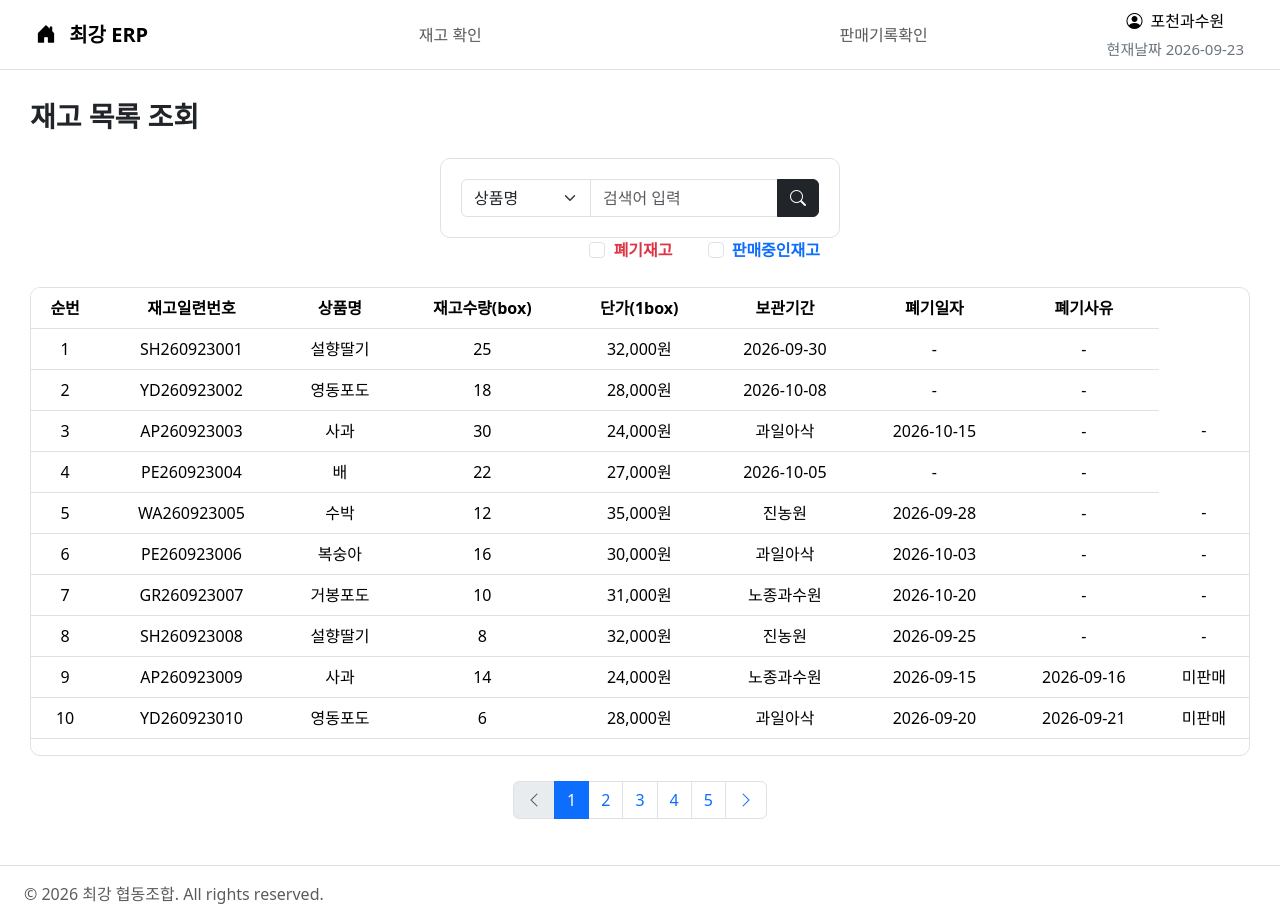
Repository: nojong99/kosta
Page: http://localhost/32_MVCModel2/view/memberInventoryList.jsp
The author's editor kept a copy of each file at every save. The page is drawn from the files as they stood at one save, then again after the next save.
The browser window is 1280 px wide. The pictures show the whole page.
The page is served by Tomcat 9. Other server files are loaded and not shown.

Above is the page before, as saved 2026-09-23 07:31:48.

### 32_MVCModel2/src/main/webapp/view/memberInventoryList.jsp
<%@ page language="java" contentType="text/html; charset=UTF-8"
    pageEncoding="UTF-8"%>
<!DOCTYPE html>
<html>
<head>
<meta charset="UTF-8">
<title>재고 목록 조회</title>

<link
	href="https://cdn.jsdelivr.net/npm/bootstrap@5.3.8/dist/css/bootstrap.min.css"
	rel="stylesheet">

<link rel="stylesheet"
	href="https://cdn.jsdelivr.net/npm/bootstrap-icons@1.13.1/font/bootstrap-icons.min.css">


<link rel="stylesheet" href="css/inventoryList.css">
</head>

<body>

	<%@ include file="memberHeader.jsp"%>


	<main class="inventory-page">

		<!-- 제목 -->
		<div class="mb-4">
			<h3 class="fw-bold mb-1">재고 목록 조회</h3>
		</div>


		<!-- 검색 영역 -->
		<div class="d-flex justify-content-center align-items-center">

			<div class="search-area">

				<div class="search-box">

					<div class="input-group">

						<!-- 검색 조건 -->
						<select class="form-select" style="max-width: 130px;">
							<option value="product">상품명</option>
						</select>

						<!-- 검색어 -->
						<input type="text" class="form-control" placeholder="검색어 입력">

						<!-- 검색 버튼 -->
						<button class="btn btn-dark">
							<i class="bi bi-search"></i>
						</button>

					</div>

				</div>


				<!-- 재고 상태 -->
				<div class="stock-status fw-bold">

					<label class="text-danger"> <input type="checkbox"
						class="form-check-input me-1" id="disposed"> 폐기재고
					</label> <label class="text-primary"> <input type="checkbox"
						class="form-check-input me-1" id="selling"> 판매중인재고
					</label>

				</div>

			</div>

		</div>


		<!-- 재고 목록 나중에 db에서 불러오는 값 넣을겁니다~ -->
		<div class="inventory-table-area">

			<table class="table table-hover inventory-table">

				<thead>

					<tr>
						<th>순번</th>
						<th>재고일련번호</th>
						<th>상품명</th>
						<th>재고수량(box)</th>
						<th>단가(1box)</th>
						<th>보관기간</th>
						<th>폐기일자</th>
						<th>폐기사유</th>
					</tr>

				</thead>

				<tbody>

					<tr>
						<td>1</td>
						<td>SH260923001</td>
						<td>설향딸기</td>
						<td>25</td>
						<td>32,000원</td>
						<td>2026-09-30</td>
						<td>-</td>
						<td>-</td>
					</tr>

					<tr>
						<td>2</td>
						<td>YD260923002</td>
						<td>영동포도</td>
						<td>18</td>
						<td>28,000원</td>
						<td>2026-10-08</td>
						<td>-</td>
						<td>-</td>
					</tr>

					<tr>
						<td>3</td>
						<td>AP260923003</td>
						<td>사과</td>
						<td>30</td>
						<td>24,000원</td>
						<td>과일아삭</td>
						<td>2026-10-15</td>
						<td>-</td>
						<td>-</td>
					</tr>

					<tr>
						<td>4</td>
						<td>PE260923004</td>
						<td>배</td>
						<td>22</td>
						<td>27,000원</td>
						<td>2026-10-05</td>
						<td>-</td>
						<td>-</td>
					</tr>

					<tr>
						<td>5</td>
						<td>WA260923005</td>
						<td>수박</td>
						<td>12</td>
						<td>35,000원</td>
						<td>진농원</td>
						<td>2026-09-28</td>
						<td>-</td>
						<td>-</td>
					</tr>

					<tr>
						<td>6</td>
						<td>PE260923006</td>
						<td>복숭아</td>
						<td>16</td>
						<td>30,000원</td>
						<td>과일아삭</td>
						<td>2026-10-03</td>
						<td>-</td>
						<td>-</td>
					</tr>

					<tr>
						<td>7</td>
						<td>GR260923007</td>
						<td>거봉포도</td>
						<td>10</td>
						<td>31,000원</td>
						<td>노종과수원</td>
						<td>2026-10-20</td>
						<td>-</td>
						<td>-</td>
					</tr>

					<tr>
						<td>8</td>
						<td>SH260923008</td>
						<td>설향딸기</td>
						<td>8</td>
						<td>32,000원</td>
						<td>진농원</td>
						<td>2026-09-25</td>
						<td>-</td>
						<td>-</td>
					</tr>

					<tr>
						<td>9</td>
						<td>AP260923009</td>
						<td>사과</td>
						<td>14</td>
						<td>24,000원</td>
						<td>노종과수원</td>
						<td>2026-09-15</td>
						<td>2026-09-16</td>
						<td>미판매</td>
					</tr>

					<tr>
						<td>10</td>
						<td>YD260923010</td>
						<td>영동포도</td>
						<td>6</td>
						<td>28,000원</td>
						<td>과일아삭</td>
						<td>2026-09-20</td>
						<td>2026-09-21</td>
						<td>미판매</td>
					</tr>

				</tbody>

			</table>

		</div>


		<!-- 페이지네이션 -->
		<div class="pagination-area">

			<nav>
				<ul class="pagination">

					<li class="page-item disabled"><a class="page-link" href="#">
							<i class="bi bi-chevron-left"></i>
					</a></li>

					<li class="page-item active"><a class="page-link" href="#">1</a>
					</li>

					<li class="page-item"><a class="page-link" href="#">2</a></li>

					<li class="page-item"><a class="page-link" href="#">3</a></li>

					<li class="page-item"><a class="page-link" href="#">4</a></li>

					<li class="page-item"><a class="page-link" href="#">5</a></li>

					<li class="page-item"><a class="page-link" href="#"> <i
							class="bi bi-chevron-right"></i>
					</a></li>

				</ul>
			</nav>

		</div>

	</main>
	<%@ include file="footer.jsp" %>
</body>
</html>

### 32_MVCModel2/src/main/webapp/view/memberHeader.jsp
<%@ page language="java" contentType="text/html; charset=UTF-8" pageEncoding="UTF-8"%>
<!DOCTYPE html>
<html>
<head>
<meta charset="UTF-8">
<meta name="viewport" content="width=device-width, initial-scale=1">

<title>최강 ERP</title>

<link
	href="https://cdn.jsdelivr.net/npm/bootstrap@5.3.8/dist/css/bootstrap.min.css"
	rel="stylesheet">
<link rel="stylesheet"
	href="https://cdn.jsdelivr.net/npm/bootstrap-icons@1.13.1/font/bootstrap-icons.min.css">
<link rel="stylesheet" href="css/header.css">

</head>
<body>
	<header>
		<nav class="navbar navbar-expand-lg bg-white border-bottom px-4">

			<div class="container-fluid">
				<a class="navbar-brand fw-bold me-4" href="index.jsp"> <i
					class="bi bi-house-door-fill me-2"></i> 최강 ERP
				</a>
				<ul class="navbar-nav flex-grow-1 mb-2 mb-lg-0">

					<li class="nav-item dropdown flex-fill text-center"><a
						class="nav-link dropdown-toggle" href="#" role="button"
						data-bs-toggle="dropdown"> 재고 확인</a>

						<ul class="dropdown-menu">

							<li><a class="dropdown-item" href="#"> </a></li>

						</ul></li>

					<li class="nav-item dropdown flex-fill text-center"><a
						class="nav-link dropdown-toggle" href="#" role="button"
						data-bs-toggle="dropdown"> 판매기록확인 </a>
						<ul class="dropdown-menu">

							<li><a class="dropdown-item" href="#"> </a></li>

						</ul></li>



				</ul>
				<div class="header-right d-flex flex-column align-items-center gap-1">
					<div class="dropdown">
						<button class="dropdown-toggle border-0 bg-transparent"
							data-bs-toggle="dropdown">
							<i class="bi bi-person-circle me-1"></i> 포천과수원
						</button>

						<ul class="dropdown-menu dropdown-menu-end">
							<li><a class="dropdown-item" href="#">프로필</a></li>
							<li><a class="dropdown-item" href="#">설정</a></li>
							<li><hr class="dropdown-divider"></li>
							<li><a class="dropdown-item" href="#">로그아웃</a></li>
						</ul>
					</div>

					<div class="current-date">
						현재날짜 <span id="currentDate">2026-09-23</span>
					</div>
				</div>
			</div>

		</nav>
	</header>
</body>
</html>

### 32_MVCModel2/src/main/webapp/view/footer.jsp
<%@ page language="java" contentType="text/html; charset=UTF-8"
	pageEncoding="UTF-8"%>
<footer class="py-3 bg-white border-top">

	<div class="container-fluid px-4">

		<div class="d-flex justify-content-between">

			<span class="text-muted">© 2026 최강 협동조합. All rights reserved.</span>
		</div>

	</div>

</footer>

### 32_MVCModel2/src/main/webapp/css/inventoryList.css
@charset "UTF-8";

body {
	background-color: #f5f6f8;
}

.inventory-page {
	padding: 30px;
}

.search-area {
	width: 30%;
	min-width: 400px;
}

.search-box {
	background-color: white;
	border: 1px solid #dee2e6;
	border-radius: 10px;
	padding: 20px;
}

.current-date {
	font-size: 15px;
	color: #6c757d;
	font-weight: 500;
}

.stock-status {
	display: flex;
	justify-content: flex-end;
	gap: 15px;
}

.stock-status label {
	margin-right: 20px;
	cursor: pointer;
}

.inventory-table-area {
	margin-top: 25px;
	background-color: white;
	border-radius: 10px;
	overflow-x: auto;
	border: 1px solid #dee2e6;
}

.inventory-table {
	margin-bottom: 0;
	min-width: 1200px;
}

.inventory-table th {
	background-color: #f8f9fa;
	text-align: center;
	white-space: nowrap;
	vertical-align: middle;
}

.inventory-table td {
	text-align: center;
	vertical-align: middle;
	white-space: nowrap;
}

.disposed {
	color: #dc3545;
	font-weight: 600;
}

.selling {
	color: #198754;
	font-weight: 600;
}

.dropdown:hover >{
    display: block;
    top: 100%;
    left: 50%;
    transform: translateX(-50%);
    margin-top: 0;
}

.pagination-area {
	margin-top: 25px;
	display: flex;
	justify-content: center;
}

### 32_MVCModel2/src/main/webapp/css/header.css
@charset "UTF-8";

header {
  width: 100%;
}

.navbar {
  min-height: 70px;
}

.navbar-nav .dropdown {
  position: relative;
}

.navbar-nav .dropdown:hover > .dropdown-menu {
  display: block;
  top: 100%;
  left: 50%;
  transform: translateX(-50%);
  margin-top: 0;
}

header .dropdown-toggle::after {
  display: none;
}

.navbar-brand {
  min-width: 180px;
}

@media (max-width: 768px) {
  .navbar-brand {
    min-width: auto;
  }
}

After the next save:
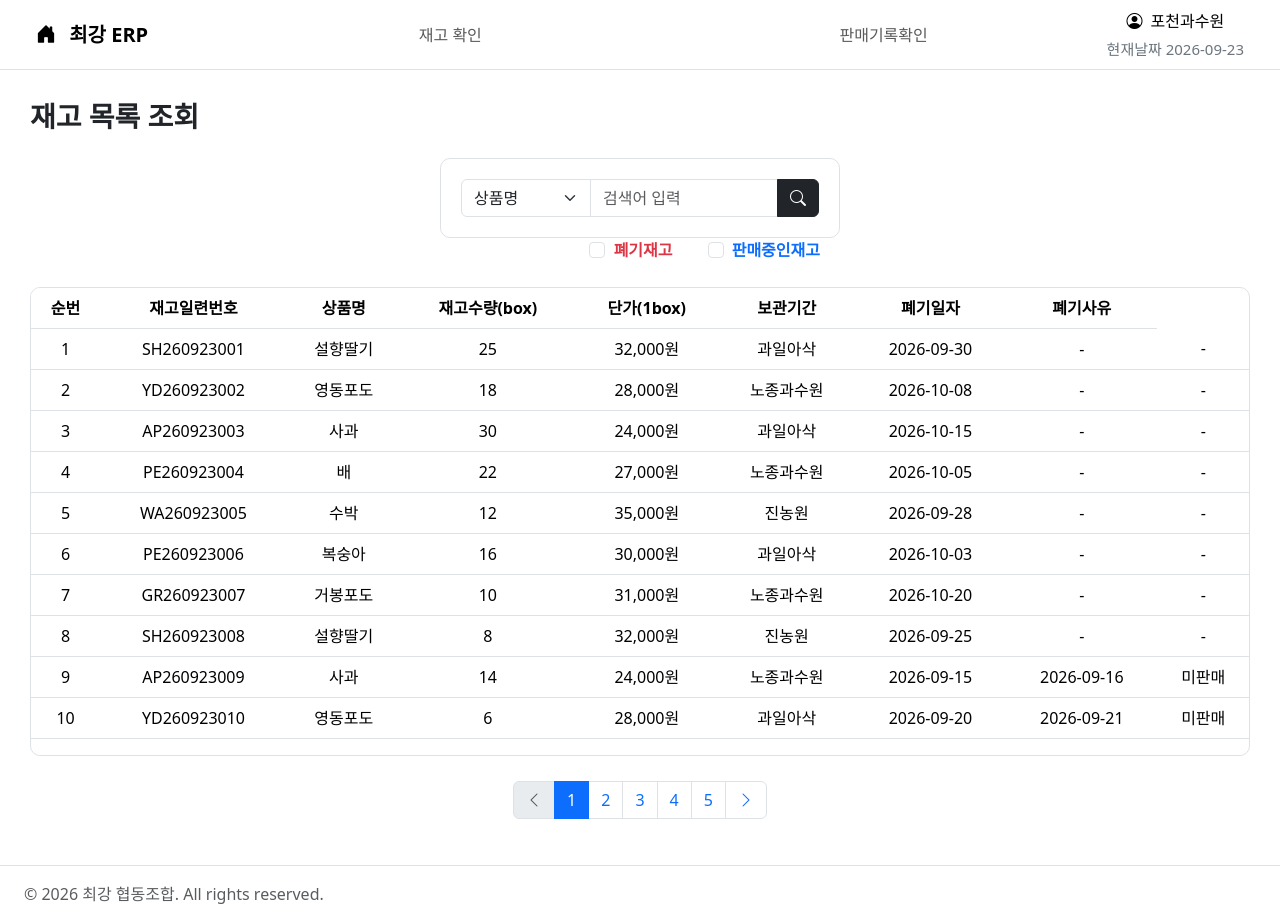
Saved 11 s later.
--- a/32_MVCModel2/src/main/webapp/view/memberInventoryList.jsp
+++ b/32_MVCModel2/src/main/webapp/view/memberInventoryList.jsp
@@ -101,6 +101,7 @@
 						<td>설향딸기</td>
 						<td>25</td>
 						<td>32,000원</td>
+						<td>과일아삭</td>
 						<td>2026-09-30</td>
 						<td>-</td>
 						<td>-</td>
@@ -112,6 +113,7 @@
 						<td>영동포도</td>
 						<td>18</td>
 						<td>28,000원</td>
+						<td>노종과수원</td>
 						<td>2026-10-08</td>
 						<td>-</td>
 						<td>-</td>
@@ -135,6 +137,7 @@
 						<td>배</td>
 						<td>22</td>
 						<td>27,000원</td>
+						<td>노종과수원</td>
 						<td>2026-10-05</td>
 						<td>-</td>
 						<td>-</td>
